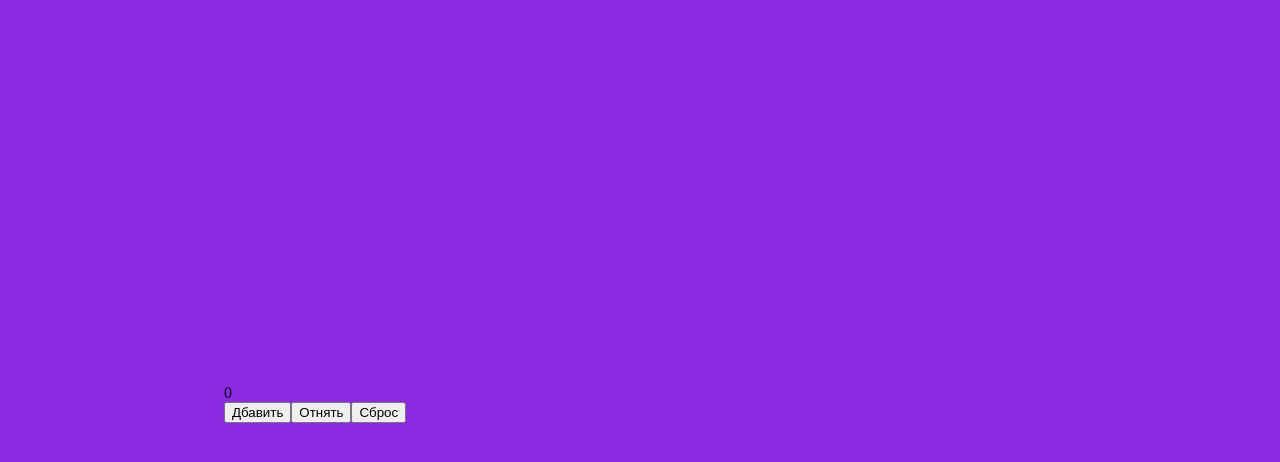
Repository: Denzoll/redux-toolkit-counter
Page: /
An editor plug-in stored every save of this project. The page is shown before and after a run of saves, followed by the edit.
The browser window is 1280 px wide. The pictures show the whole page.
The project was rebuilt for these pictures with package versions that can differ from the ones it lists, and the page was loaded fresh each time. Also part of the build but not shown: src/index.css.

Above is the page before, as saved 2022-06-27 13:27:31.

After the next 2 saves:
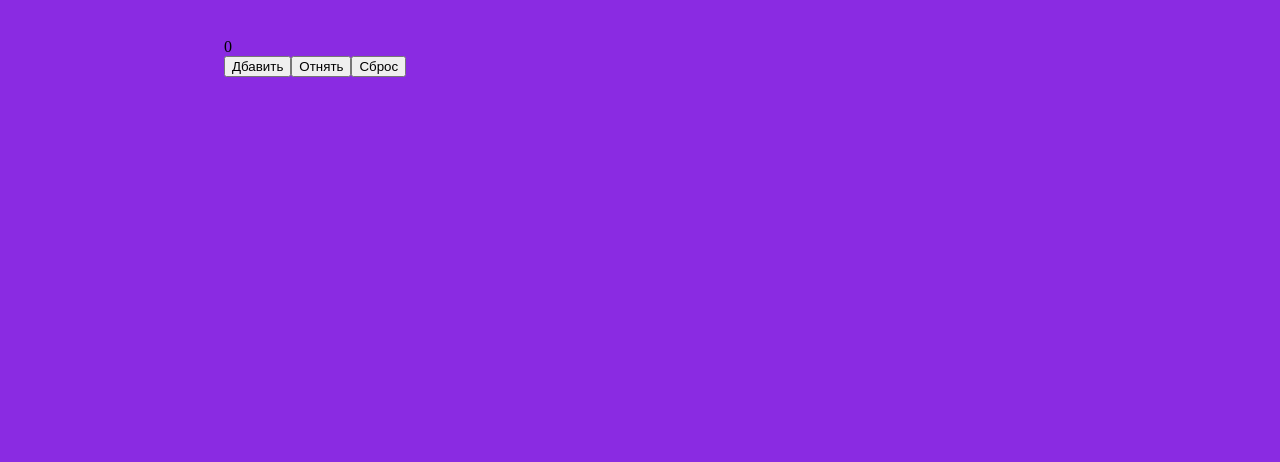
The 2 saves are shown as one change because they came seconds apart.
The last was saved 10 s later.
--- a/src/App.css
+++ b/src/App.css
@@ -2,7 +2,7 @@ body {
   background-color: blueviolet;
   margin:0 auto;
   width: 65%;
-  margin-top: 30%;
+  margin-top: 3%;
 }
 .cont {
 
